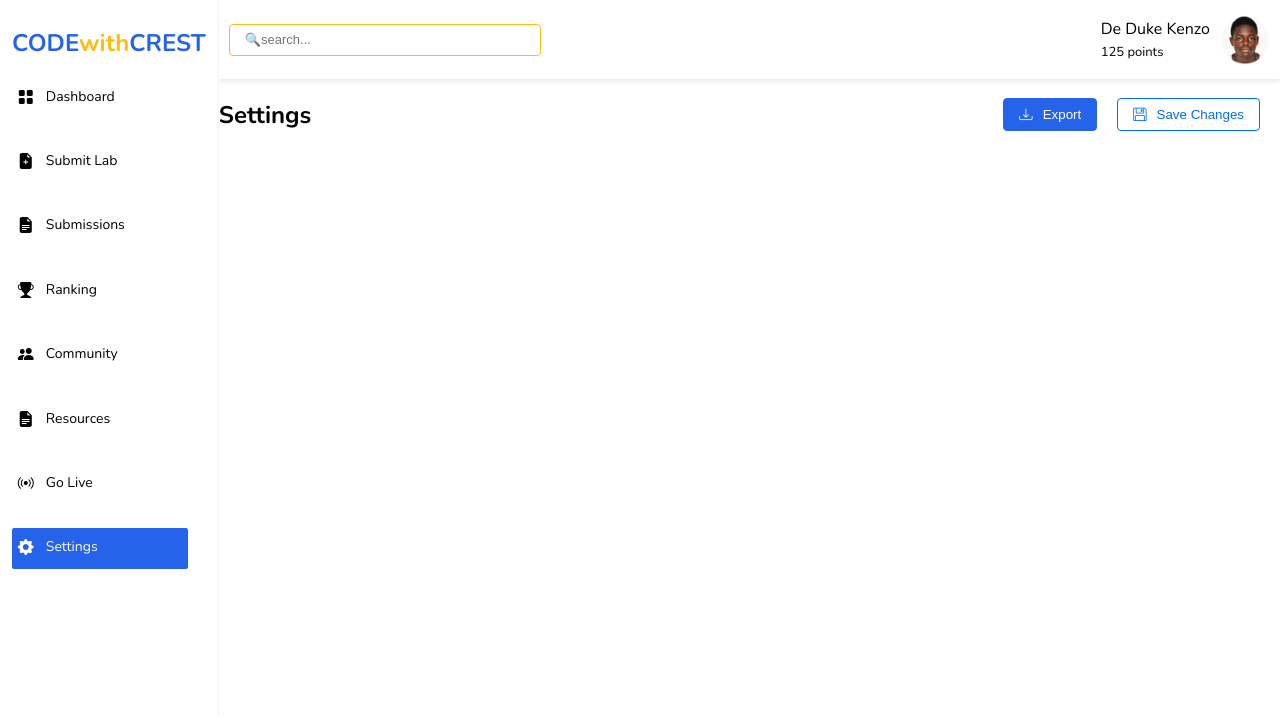
Repository: CarlTeclancing/codewithcrest
Page: /dashboard/settings
These files come from the project's save history. The page is drawn as it stood at one moment and after a run of saves; the edit follows.
The browser window is 1280 px wide. The pictures show the whole page.
The project was rebuilt for these pictures with package versions that can differ from the ones it lists, and the page was loaded fresh each time. Also part of the build but not shown: vite.config.js, src/pages/Dashboard/dashboard.css, globals.js, src/pages/Dashboard/Dashboard.jsx, src/pages/ranking/ranking.css, src/components/UserCard.jsx, src/pages/ranking/Ranking.jsx, src/components/GuideLines.jsx and 18 more.

Above is the page before, as saved 2025-09-10 14:24:05.

### index.html
<!doctype html>
<html lang="en">
  <head>
    <meta charset="UTF-8" />
    <link rel="icon" type="image/svg+xml" href="./src/assets/react.svg" />
    <meta name="viewport" content="width=device-width, initial-scale=1.0" />
    <title>CODEwithCREST</title>
    <link rel="stylesheet" href="https://cdn.jsdelivr.net/npm/bootstrap-icons@1.13.1/font/bootstrap-icons.min.css">
    <!-- fonts-->
     <link rel="preconnect" href="https://fonts.googleapis.com">
     <link rel="preconnect" href="https://fonts.gstatic.com" crossorigin>
     <link href="https://fonts.googleapis.com/css2?family=Nunito:ital,wght@0,200..1000;1,200..1000&display=swap" rel="stylesheet">
  </head>
  <body>
    <div id="root"></div>
    <script type="module" src="/src/main.jsx"></script>
  </body>
</html>

### src/main.jsx
import { StrictMode } from 'react'
import { createRoot } from 'react-dom/client'
import './index.css'
import App from './App.jsx'
import 'react-responsive-modal/styles.css';


createRoot(document.getElementById('root')).render(
  <StrictMode>
    <App/>
  </StrictMode>,
)

### src/index.css
:root {
  /* CSS variables */
   --primary-color: #5B0C4E;
   --primary-color-hover: #5b0c4edc;
   --bg-color: #FFFAFE;
   --bg-white: #ffffff;
   --text-color: #262626;
   --border-color: #93B4FD;
   --bg-tab: #DECADB;

   --pending: #EA5254;
   --completed: #3CDA7D;
   --in-progress: #F9BD3B;

   --primary-white-color: white;
   --primary-black-color: black;
   --primary-error-color: red;
 }

body{
  /* border: solid 1px blue; */
  margin: 0%;
  width: 100%;
  height: auto;
  /* display: flex; */
  /* justify-content: center; */
  font-family: "Nunito", sans-serif;
  font-optical-sizing: auto;
  font-weight: 400;
  font-style: normal;
  overflow-x: hidden;
}
/* .post{
  width: 80%;
  display: flex;
  flex-direction: row;
  flex-wrap: wrap;
  align-items: center;
  justify-content: center;
}
.individual-post{
  width: 500px;
  height: auto;
  background-color: rgba(0, 0, 0, 0.05);
  margin: 12px;
  padding: 24px;
  border-radius: 12px;
  border: 1px solid rgba(0, 0, 0, 0.05);
  color: black;
} */

### src/App.jsx
import React  from 'react'
import { createBrowserRouter, RouterProvider ,Route ,Routes } from 'react-router-dom'

import Dashboard from './pages/Dashboard/Dashboard.jsx'
import Ranking from './pages/ranking/Ranking.jsx'
import Submission from './pages/submission/Submission.jsx'

import SubmitLab from './pages/submitLab/SubmitLab.jsx'
import Community from './pages/community/Community.jsx'
import Resources from './pages/resources/Resources.jsx'
import Assistant from './pages/assistant/Assistant.jsx'
import Login from './pages/auths/login/Login.jsx'
import Register from './pages/auths/register/_Register.jsx'
import PersonalInfo from './pages/auths/register/PersonalInfoForm.jsx'
import Experience from './pages/auths/register/ExperienceForm.jsx'
import Program from './pages/auths/register/ProgramForm.jsx'
import { UserProvider } from './providers/userProvider.jsx'
import DashboardLayout from './Layout/DashboardLayout.jsx'
import Subscribe from './pages/subscribe/Subscribe.jsx'
import GoLive from './pages/golive/GoLive.jsx'
import Setting from './pages/settings/Setting.jsx'

function App() {

  const router = createBrowserRouter([
    {path:'/', element:<Login />},
    // No landing page
    // Auth pages
    {path:'/login',  index:true,element:<Login />},
    {path:'/register', element:<Register />},
    {path:'/personal-information', element:<PersonalInfo />},
    {path:'/program', element:<Program />},
    {path:'/experience', element:<Experience/>},

    // Subscribtion page
    {
      path:'/subscribe',
      element:<Subscribe/>
    },

    // Dashboard pages
    {
      path:'/dashboard',
      element:<DashboardLayout/>,
      children:[
        {
          index:true,
          element:<Dashboard/>
        },
        {path:'submissions', element:<Submission />},
        {path:'submitlab', element:<SubmitLab />},
        {path:'community', element:<Community />},
        {path:'ranking', element:<Ranking />},
        {path:'resources', element:<Resources />},
        {path:'golive', element:<GoLive />},
        {path:'settings', element:<Setting />},

      ]
    },

    // {path:'/ranking', element:<Ranking />},
    // {path:'/bugtracking', element:<BugTracking />},
    // {path:'/hello', element:<Hello />},
    // {path:'/assistant', element:<Assistant />}

  ]);

  return (
    <>
      <UserProvider>
        <RouterProvider router={router} />
      </UserProvider>
    </>
  )
}

export default App

const Temp = () => {
  return(
    <>
      testing temp comp
    </>
  )
}

### src/providers/userProvider.jsx
import React ,{createContext ,useState} from "react";


const UserContext = createContext()

export const UserProvider = ({children}) => {
    const [user ,setUser] = useState()

    return (<UserContext.Provider value={{user:user ,setUser:setUser}}  >{children}</UserContext.Provider>)
}

export default UserContext

### src/Layout/DashboardLayout.jsx
import React from "react";
import Sidebar from "../components/Sidebar";
import { Outlet } from "react-router-dom";
import Header from "../components/Header";
import '../styles/layout.css'


const DashboardLayout = () => {
    return(
        <React.Fragment>
            <div style={{border:'solid 0px blue',display:'flex' }}>
                <Sidebar/>

                <div style={{border:'solid 0px red' ,flex:1 ,display:'flex', flexDirection:'column'}}>
                    <div>
                        <Header/>
                    </div>
                    <div>
                        <Outlet/>
                    </div>
                </div>
            </div>

        </React.Fragment>
    )
}

export default DashboardLayout

### src/pages/settings/Setting.jsx
import React, {useState ,useEffect} from 'react'

function Setting() {
  return (
    <div>
        <div style={{display:'flex', justifyContent:'space-between'}}>
            <h2>Settings</h2>
            <div style={{display:'flex', alignItems:'center'}}>
                <button>
                    <i class="bi bi-download" style={{marginRight:'10px'}}></i>
                    Export
                </button>
                <button className='btnl'>
                    <i class="bi bi-floppy" style={{marginRight:'10px'}} ></i>
                    Save Changes
                </button>
            </div>
        </div>

    </div>
  )
}

export default Setting

### src/pages/submitLab/submitlab.css
.labs-container{
    display: flex;
    flex-direction: column;
    padding: 0px 10px;
    gap: 15px;
}
.lab-info{
    display: flex;
    padding: 20px;
    border-radius: 10px;
    flex-direction: column;
    border: 1px solid rgba(168, 122, 5 ,0.5);
}
.headline{
    display: flex;
    align-items: center;
    justify-content: space-between;
    line-height: 0%;
}
.headline h3{
    /* font-size: x-large; */
    font-weight:800;
}
.bottom-line{
    display: flex;
    align-items: center;
    justify-content: space-between;
    font-size: small;
}
.points{
    font-size: small;
}
.hashtags{
    /* width: auto; */
    border: solid 1px rgba(0,0,255 ,0.3);
    padding: 10px;
    font-size: x-small;
    color: #006EFF;
    border-radius: 6px;
    background-color: #E3F2FD;
}
.inactive-btn{
    color: #2563EB;
    background-color: white;
    border: solid 1px #2563EB;
}
.deadline{
    color: #006EFF;
    margin-right: 25px;
}
.task{
    color: grey;
}
.form-group{
  display: flex;
  align-items:center;
  margin-bottom: 15px;
}
.form-group > div {
  flex: 1; /* Makes both fields take equal space */
  margin-right: 10px;
}
.form-group > div:last-child {
  margin-right: 0; /* Remove margin from the last child */
}
button{
    color: black;
    padding: 5px 8px;
    margin-right: 20px;
}
button:hover, .button.active{
  cursor: pointer;
  border-radius: 2px;
  color: white;
  border: 1px solid #2563EB;
  background-color: #2563EB;
}
.upload{
    padding: 20px;
    width: 60%;
    height: 160px;
    place-self: center;
    display: flex;
    margin: 25px 0;
    border-radius: 5px;
    flex-direction: column;
    text-align: center;
    align-items: center;
    justify-content: center;
    border: 1px dashed black;
}
.upload input{
    padding: 5px 8px;
    place-self: center;
}
.upload span{
 color: #959595;
 font-size: 10px;
}

th{
    color: #959595;
    font-weight: lighter;
    background-color: #E3F2FD;
}
td{
    padding: 8px 15px;
    font-size: 12px;
    font-weight: lighter;
}
.url{
    color: #006EFF;
}
.nav{
    width: 95%;
    display: flex;
    align-items: center;
    justify-content: space-between;
}
label, input::placeholder{
    font-size: 13px;
}
.btnl{
    color: #006EFF;
    background-color: white;
    border: 1px solid #006EFF;
}
.bar a{
    color: black;
    font-weight: 12px;
    margin-left: 25px;
    font-weight: lighter;
    text-decoration: none;
}

### src/pages/community/community.css
.community-page{
    display: flex;
    gap: 20px;
    /* padding-right: 20px; */
}
.form-post span{
    margin-right: 10px;
}
.left-side{
    /* width: 60%; */
    flex: 1;
    display: flex;
    /* margin-right: 20px; */
    flex-direction: column;
}
.right-side{
    width: 250px;
    display: flex;
    flex-direction: column;
    font-size: small;
    gap: 15px;
}
.firstline{
    display: flex;
    align-items: center;
}
.contributor-info{
    display: flex;
    flex-direction: column;
    /* border: solid 1px red; */
    padding: 0;
    margin: 0;
    line-height: normal;
}
.contributors img{
  width: 40px;
  height: 40px;
  background-color: rgba(0,0,0,0.2);
  border-radius: 50%;
  margin-right: 20px;
}
input{
    height: 23px;
}
textarea{
    height: 70px;
}
input, textarea{
    width:90%;
    outline: none;
    padding: 5px 10px;
    border-radius: 3px;
    border: 1px solid #959595;
}
.bottom{
    display: flex;
    align-items: center;
    justify-content: space-between;
}
.add a{
    color: #959595;
    margin-right: 15px;
    text-decoration: none;
}
.bottom button{
    color: white;
    padding: 8px 12px;
    border-radius: 6px;
    border: 1px solid #9b83fc;
    background-color: #9b83fc;
}
.trends{
    display: flex;
    justify-content: space-between;
}
.hashtag{
    color: #9b83fc;
}
.top-contributors{
    display: flex;
    flex-direction: column;
    gap: 7px;
}
.contributors, .top-contributors{
    margin: 0% !important;
}
.contributors{
    display: flex;
    align-items: center;
}
.contributor-point{
    color: #959595;
}
.suggestion{
    padding: 5px 10px;
    margin-bottom: 10px;
    border-radius: 4px;
    background-color: #f3f2f2;
}
.level-name{
    color: #16A34A;
}
.suggestion p, .level-point{
    color: #959595;
}
.post-profile{
    display: flex;
    padding: 10px 0px;
    align-items: center;
    gap: 5px;
}
.form-post{
    padding: 0px 20px;
    border-radius: 3px;
    margin-bottom: 10px;
    border: 1px solid #959595;
}
.post-profile img{
    width: 45px;
    height: 45px;
    background-color: rgba(0,0,0,0.2);
    border-radius: 20px;
}
.post-profile .name{
    font-weight: bold;
}
.post-profile .time{
    font-size: small;
    color: grey;
}
.post-profile-info{
    display: flex;
    flex-direction: column;
}

### src/pages/resources/resource.css
button{
  color: white;
  padding: 8px 15px;
  border-radius: 4px;
  background-color: #2563EB;
  border: 1px solid #2563EB;
}
.library{
    display: flex;
    padding: 10px;
    border-radius: 5px;
    flex-direction: column;
    border: 1px solid rgba(0,0,0,0.2);
}
.nav-link{
    display: flex;
    align-items: center;
    justify-content: space-between;
}
.nav-link a, .bln{
    padding: 5px 10px;
    color: black;
    text-decoration: none;
    border-radius: 5px;
    background-color: #f0efef;
}
.nav-link a:hover{
    color: white;
    background-color: #2563EB;
}
.nav{
    display: flex;
    width: 40%;
    flex-direction: left;
}
.resource-block{
    /* width: 100%; */
    display: flex;
    overflow: hidden;
    justify-content: space-between;
}
.resource-box{
    min-width: 275px;
    height: 150px;
    padding: 0px 15px;
    /* margin-right: 15px; */
    border-radius: 5px;
    /* margin-bottom: 10px; */
    border: 1px solid rgba(0,0,0,0.2);
}
.left-block{
    /* width: 73%; */
    flex: 1;
    /* border: solid 1px red; */
    display: flex;
    gap: 10px;
    row-gap: 0px;
    flex-wrap: wrap;
}
.right-block{
 width: 200px;
 font-size: small;
 display: flex;
 flex-direction: column;
 gap: 10px;
}
.right-bar{
 padding:10px 15px;
 border-radius: 5px;
 border: 1px solid rgba(0,0,0,0.2);
}
.post-profile-info .name{
    margin: 0%;
}
.headline{
    display: flex;
    justify-content: space-between;
    gap: 20px;
}
.headline span{
    /* text-align: center; */
}
.top-value{
    color: #2563EB;
}
.quote{
    color: #2563EB;
    margin-top: 25px;
    padding:10px 15px;
    text-align: center;
    border-radius: 5px;
    background-color: #cce0f4;
    border: 1px solid #2563EB;
}
.goal{
    color: #2563EB;
    text-align: center;
    font-weight: bolder;
}
.weekly{
    text-align: center;
}
.weekly progress{
    background-color: #FFBC10;
}
.weekly progress::-webkit-progress-value {
  background-color: #FFBC10;
  border-radius: 10px;
  height: 8px;
}
.column{
    padding: 5px 10px;
    border-radius: 10px;
    margin-bottom: 10px;
    border-left: 3px solid #FFBC10;
    background-color: #d7e6f5;
}
.column h4{
    margin: 7px;
}
.column p{
    margin: 0%;
    font-size: 12px;
    line-height: 17px;
}
.p{
    color: #959595;
}
.assistant{
    display: flex;
    flex-direction: column;
}
.assistant h1, .assistant p{
    text-align: center;
}
.assistant h1{
    margin: 0%;
}
.assist{
    width: 60%;
    display: flex;
    margin-top: 40px;
    place-self: center;
    flex-direction: column;
}
.box-suggest{
    /* border:solid 1px red; */
    width: 100%;
    display: flex;
    flex-wrap: wrap;
    align-items: center;
    gap: 10px;
    justify-content: space-evenly;
}
.suggest{
    cursor: pointer;
    padding: 20px;
    font-size: smaller;
    color: #2563EB;
    text-align: center;
    border-radius: 5px;
    font-weight: bold;
    border: 1px solid #c3c3c3;
}

### src/components/Sidebar.jsx
import React from 'react'
import { Link  ,useLocation } from 'react-router-dom'
import '../styles/sideBarStyles.css'


function Sidebar() {

   const location = useLocation()

   return (
    <div className='sidebar-admin'>
         <h2 className="logo p-10"><span>CODE</span>with<span>CREST</span></h2>
         <div className="navbar p-10">
               <Link className={`section ${location.pathname === "/dashboard" ? "active" : ""}`} to="/dashboard" >
                  <i className="bi bi-grid-fill"></i>
                  <span className='nav-element'>Dashboard</span>

               </Link>
               <Link className={`section ${location.pathname === "/dashboard/submitlab" ? "active" : ""}`} to="/dashboard/submitlab">
                  <i class="bi bi-file-earmark-plus-fill"></i>
                  <span className='nav-element'>Submit Lab</span>
               </Link>
               <Link className={`section ${location.pathname === "/dashboard/submissions" ? "active" : ""}`} to="/dashboard/submissions">
                  <i class="bi bi-file-earmark-text-fill"></i>
                  <span className='nav-element'>Submissions</span>
               </Link>
               <Link className={`section ${location.pathname === "/dashboard/ranking" ? "active" : ""}`} to="/dashboard/ranking">
                  <i class="bi bi-trophy-fill"></i>
                  <span className='nav-element'>Ranking</span>
               </Link>
               <Link className={`section ${location.pathname === "/dashboard/community" ? "active" : ""}`} to="/dashboard/community">
                  <i class="bi bi-people-fill"></i>
                  <span className='nav-element'>Community</span>
               </Link>
               <Link className={`section ${location.pathname === "/dashboard/resources" ? "active" : ""}`} to="/dashboard/resources">
                  <i class="bi bi-file-earmark-text-fill"></i>
                  <span className='nav-element'>Resources</span>
               </Link>
               <Link className={`section ${location.pathname === "/dashboard/golive" ? "active" : ""}`} to="/dashboard/golive">
                  <i class="bi bi-broadcast"></i>
                  <span className='nav-element'>Go Live</span>
               </Link>
               <Link className={`section ${location.pathname === "/dashboard/settings" ? "active" : ""}`} to="/dashboard/settings">
                  <i class="bi bi-gear-fill"></i>
                  <span className='nav-element'>Settings</span>
               </Link>
         </div>

      </div>
  )
}

export default Sidebar

### src/components/Header.jsx
import React ,{useState ,useEffect} from 'react'
// import  './layout.css'
import Img1 from '../assets/img1.jpg'


function Header() {

  const [showMenu ,setShowMenu] = useState(false)

  useEffect(()=>{
    if(window.innerWidth <= 500){
      setShowMenu(true)
    }
  },[window.innerWidth])
  console.log(showMenu);


  return (
    <div className='head'>
      {/* {showMenu && <div>
          <span className='bi bi-menu'>🍺</span>
      </div>} */}

      {/* <h2 className="logo"><span>CODE</span>with<span>CREST</span></h2> */}
        <div>
          <span style={{display:'flex', alignItems:'center'}}>
            <input type="text"  className='search' placeholder='🔍search...  '/>
          </span>
        </div>

        <div className="profile" style={{cursor:'pointer'}}>
            <p className='name'>De Duke Kenzo<br/><span className='points'>125 points</span></p>
            <img src={Img1} alt="" />
        </div>
    </div>
  )
}

export default Header

### src/styles/layout.css
.guidelines{
  /* border: solid 1px cyan; */
  padding: 5px;
}
.guide{
  width: 250px;
  border-radius: 10px;
  font-size: small;
  border: 1px solid #93B4FD;
  background-color: #F0F9FF;
  padding:10px;
  display: flex;
  flex-direction: column;
  color: grey;
}
.guide h3{
  color: black;
  /* line-height: normal; */
}
.guide ul{
  list-style: none;
}
.guide-container{
  /* width: 100%; */
  display: flex;
  flex-wrap: wrap;
  gap: 15px;
  /* justify-content: space-between; */
}
.guide-container div:first-child{
  border-left: 4px solid var(--primary-color);
}
.guide-container div:nth-child(2){
  border-left: 4px solid var(--primary-error-color);
  /* margin-left: 12px; */
}
.guide-container div:nth-child(3){
  border-left: 4px solid var(--completed);
  /* margin-left: 12px; */
}

.nav-element{
  margin-left: 12px;
  font-size: 14px;
  width: 100%;
}

.head{
  padding: 10px;
  height:59px;
  /* width: 98%; */
  display: flex;
  align-items: center;
  justify-content: space-between !important;
  background-color: #ffffff;
  box-shadow: 0 2px 5px rgba(0, 0, 0, 0.1);
}

.icon{
  margin-right: 10px;
}
.search{
  width: 280px;
  height: 30px;
  outline: none;
  border-radius: 4px;
  border: 1px solid #FFBC10;
  padding: 0 15px;
}
.profile{
  display: flex;
  align-items: center;
}
.profile img{
  width: 50px;
  border-radius: 50%;
  margin-left: 10px;
}

.dashboard-container{
  padding: 10px;
  padding-bottom: 50px;
  /* border: solid 1px green; */
  overflow: auto;
  display: flex;
  flex-direction: column;
  gap: 20px;
}

### src/styles/sideBarStyles.css
.sidebar-admin{
  top: 0;
  max-width: 200px;
  display: flex;
  padding: 12px;
  flex-direction: column;
  background-color: #ffffff;
  scroll-behavior: smooth;
  border-right: solid 1px rgba(0,0,0,0.05);
  /* border: solid 1px red; */
  position: sticky;
  height: 96vh;
}
.sidebar-admin a{
  text-decoration: none;
  color: black;
  margin-bottom: 20px;
  background-color: rgba(255, 255, 255, 0.527);
  border-radius: 3px;
  transition: 0.3s, color 0.3s;
  display: flex;
}
.navbar{
  display: flex;
  flex-direction: column;
  justify-content: space-between;
}
.logo{
 margin:0px;
 font-weight: bolder;
 color: #FFBC10;
 line-height: normal;
 padding: 15px 0px;
}
.logo span{
  color: #2563EB;
}
.section{
  margin: 3px 0;
  width: 85%;
  padding: 5% 3%;
  border-radius: 2px;
}
.section:hover, .section.active{
  cursor: pointer;
  border-radius: 2px;
  color: white;
  background-color: #2563EB;
}

@media screen and (max-width:500px) {
.sidebar-admin{
  border: solid 1px red;
  padding: 0px;
  max-width: 0px;
  overflow: hidden;
}

}

After the next 2 saves:
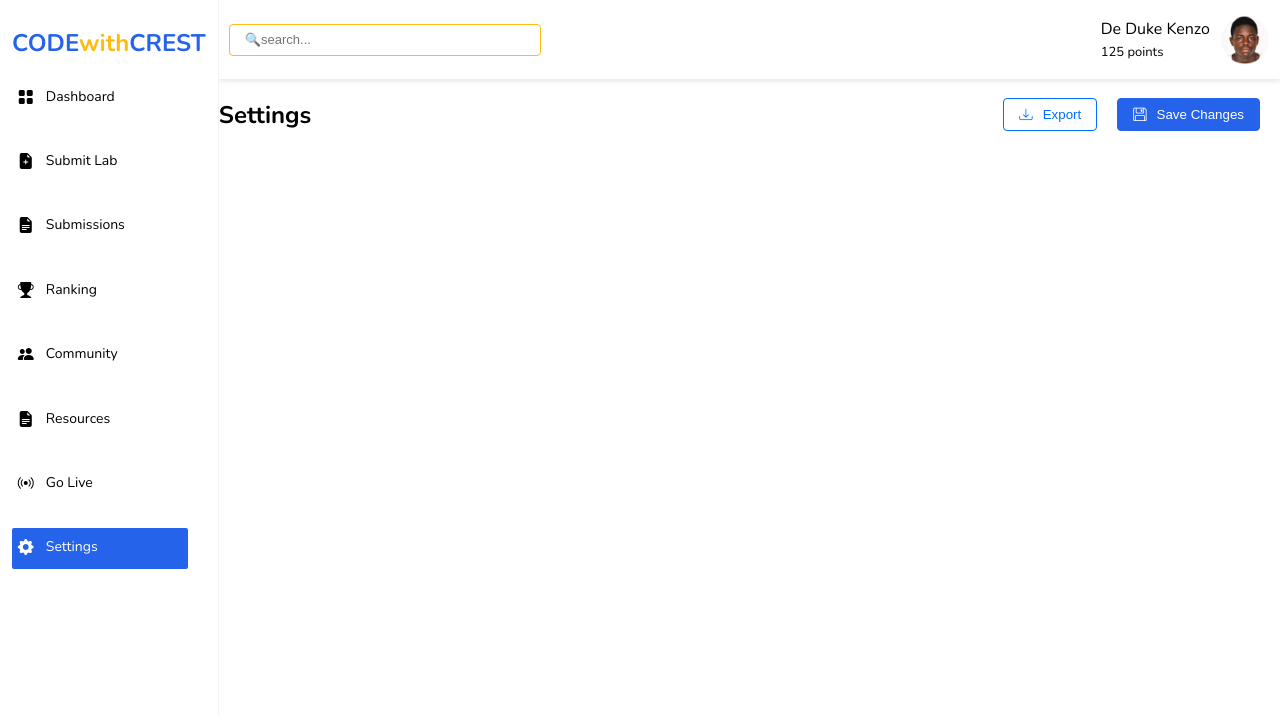
The 2 saves are shown as one change because they came seconds apart.
The last was saved 8 s later.
--- a/src/pages/settings/Setting.jsx
+++ b/src/pages/settings/Setting.jsx
@@ -6,11 +6,11 @@ function Setting() {
         <div style={{display:'flex', justifyContent:'space-between'}}>
             <h2>Settings</h2>
             <div style={{display:'flex', alignItems:'center'}}>
-                <button>
+                <button className='btnl'>
                     <i class="bi bi-download" style={{marginRight:'10px'}}></i>
                     Export
                 </button>
-                <button className='btnl'>
+                <button>
                     <i class="bi bi-floppy" style={{marginRight:'10px'}} ></i>
                     Save Changes
                 </button>
